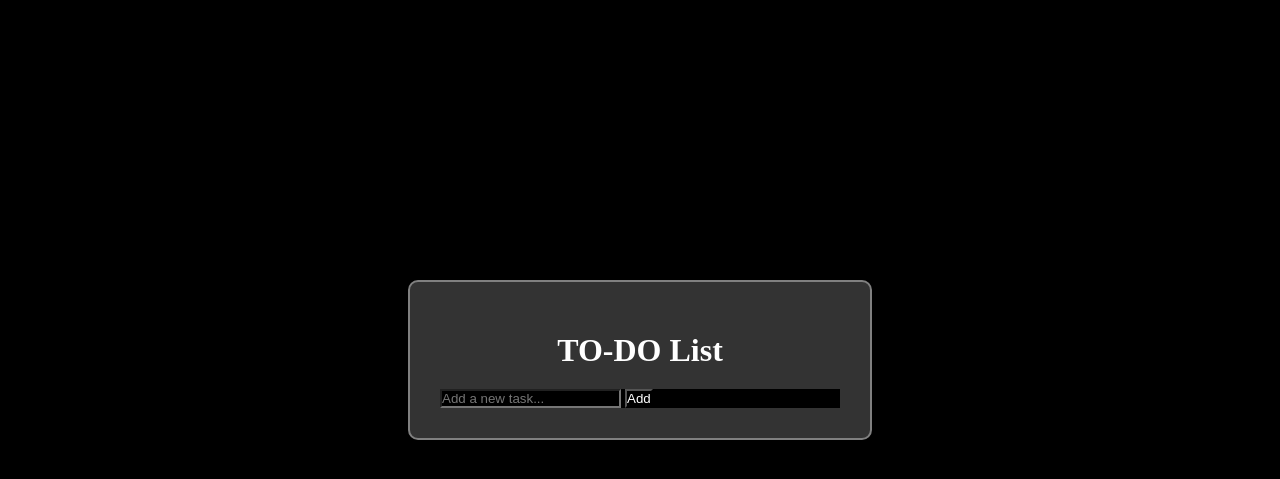
Repository: ksusmitha879-cyber/todo-list
Page: index.html
These files come from the project's save history. The page is drawn as it stood at one moment and after a run of saves; the edit follows.
The browser window is 1280 px wide. The pictures show the whole page.

Above is the page before, as saved 2025-11-28 02:27:58.

After the next 5 saves:
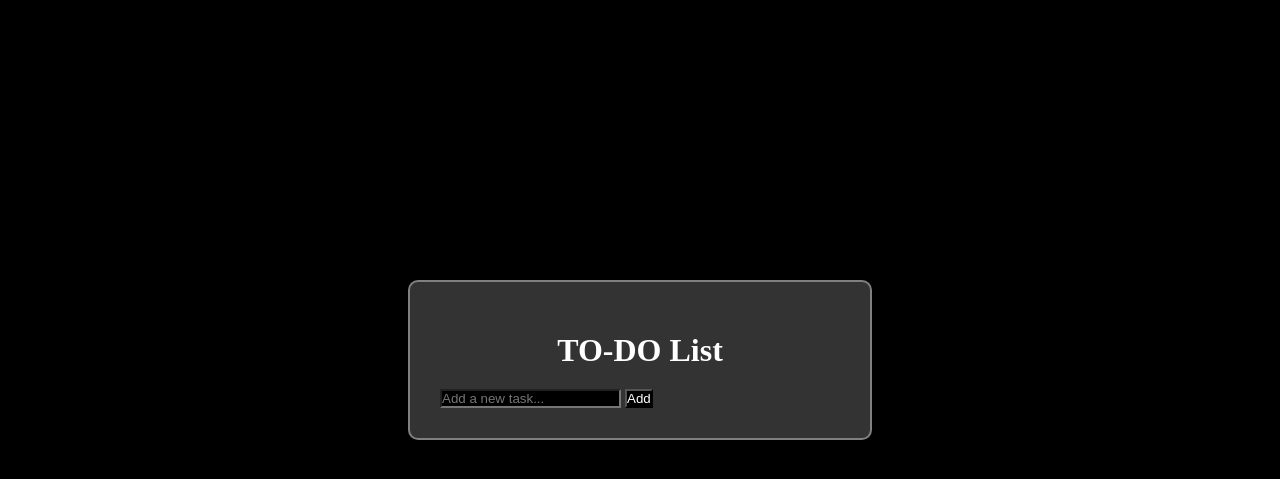
The 5 saves are shown as one change because they came seconds apart.
The last was saved 12 s later.
--- a/style.css
+++ b/style.css
@@ -26,5 +26,6 @@
     margin: 20px;
 }
 .input-container{
+    background-color: rgb(51, 51, 51);
 
 }
